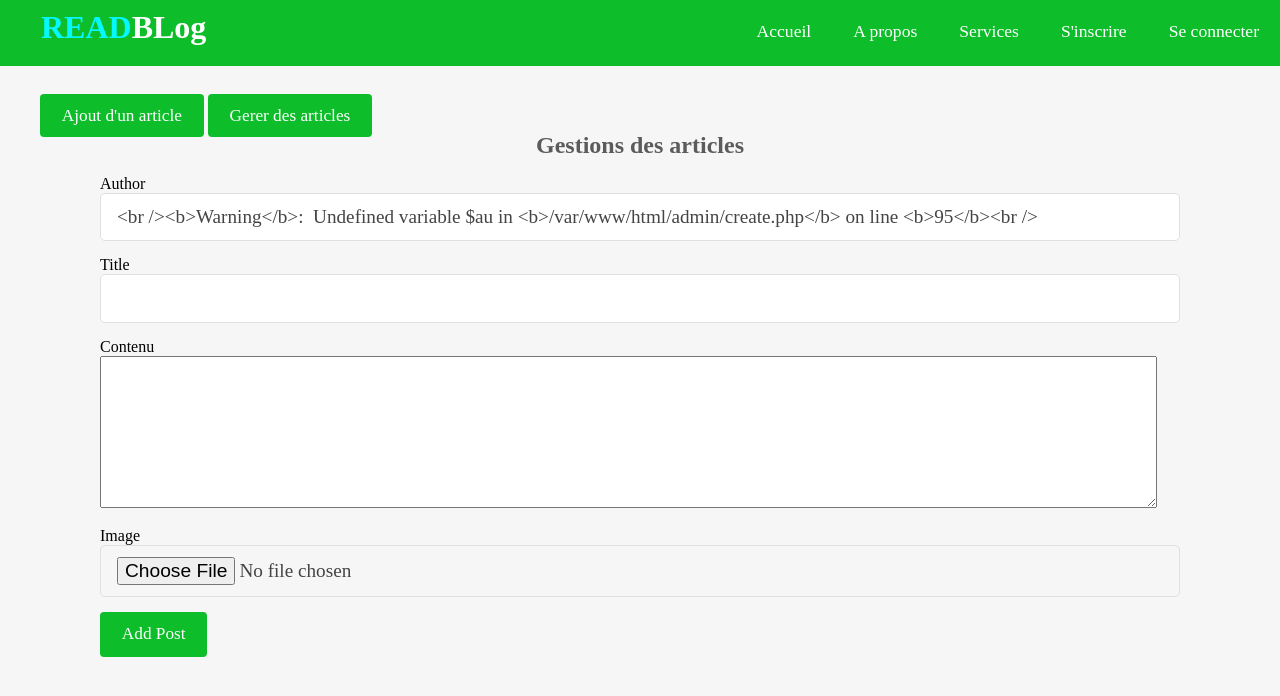
Repository: ahamie71/miniblog
Page: http://localhost/admin/create.php
These files come from the project's save history. The page is drawn as it stood at one moment and after a run of saves; the edit follows.
The browser window is 1280 px wide. The pictures show the whole page.
The page is run by PHP 8.4 with error messages shown; the project is at /var/www/html/.

Above is the page before, as saved 2023-02-28 21:10:04.

After the next 2 saves:
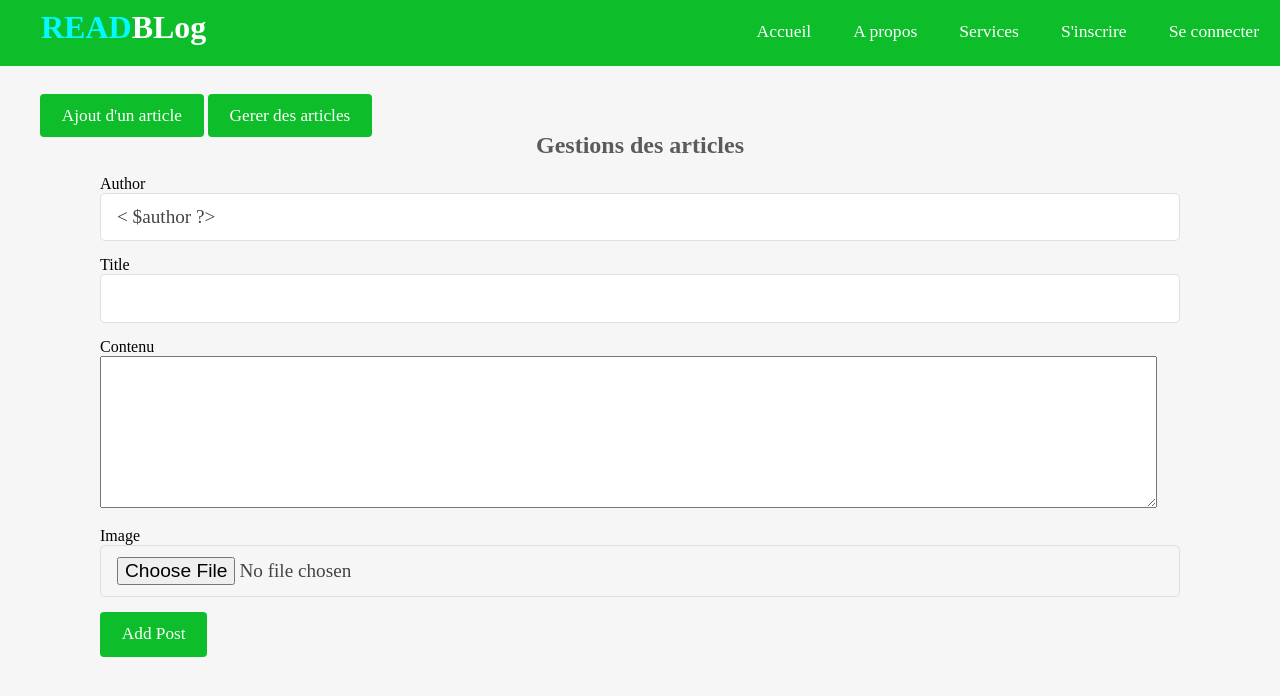
The 2 saves are shown as one change because they came seconds apart.
The last was saved 7 s later.
--- a/admin/create.php
+++ b/admin/create.php
@@ -92,7 +92,7 @@ if (isset($_POST['add-post'])) {
                 <form action="create.php" enctype="multipart/form-data" method="post">
                     <div>
                         <label>Author</label>
-                        <input type="text" name="author" value = "<?= $au ?> " class="text-input">
+                        <input type="text" name="author" value = "< $author ?> " class="text-input">
                     </div>
                     <div>
                         <label>Title</label>
